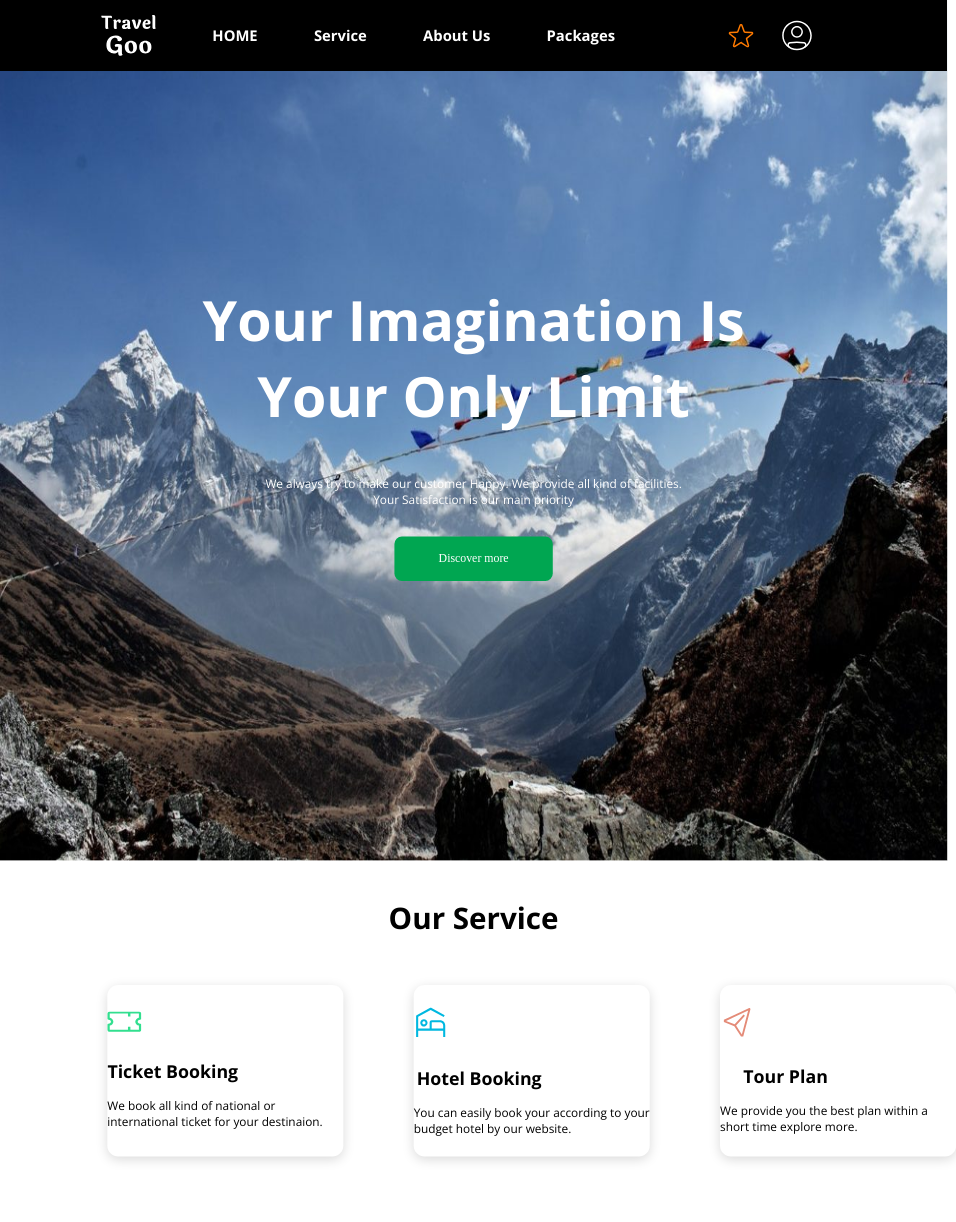
Repository: kubrazamanova/Background-Image
Page: index.html
An editor plug-in stored every save of this project. The page is shown before and after the next save, followed by the edit.
The browser window is 1280 px wide. The page is 1292 px wide, so the pictures cover 1292 px, including what lies to the right of the window. The pictures show the whole page, at 74% of full size.

Above is the page before, as saved 2023-10-17 18:52:35.

After the next save:
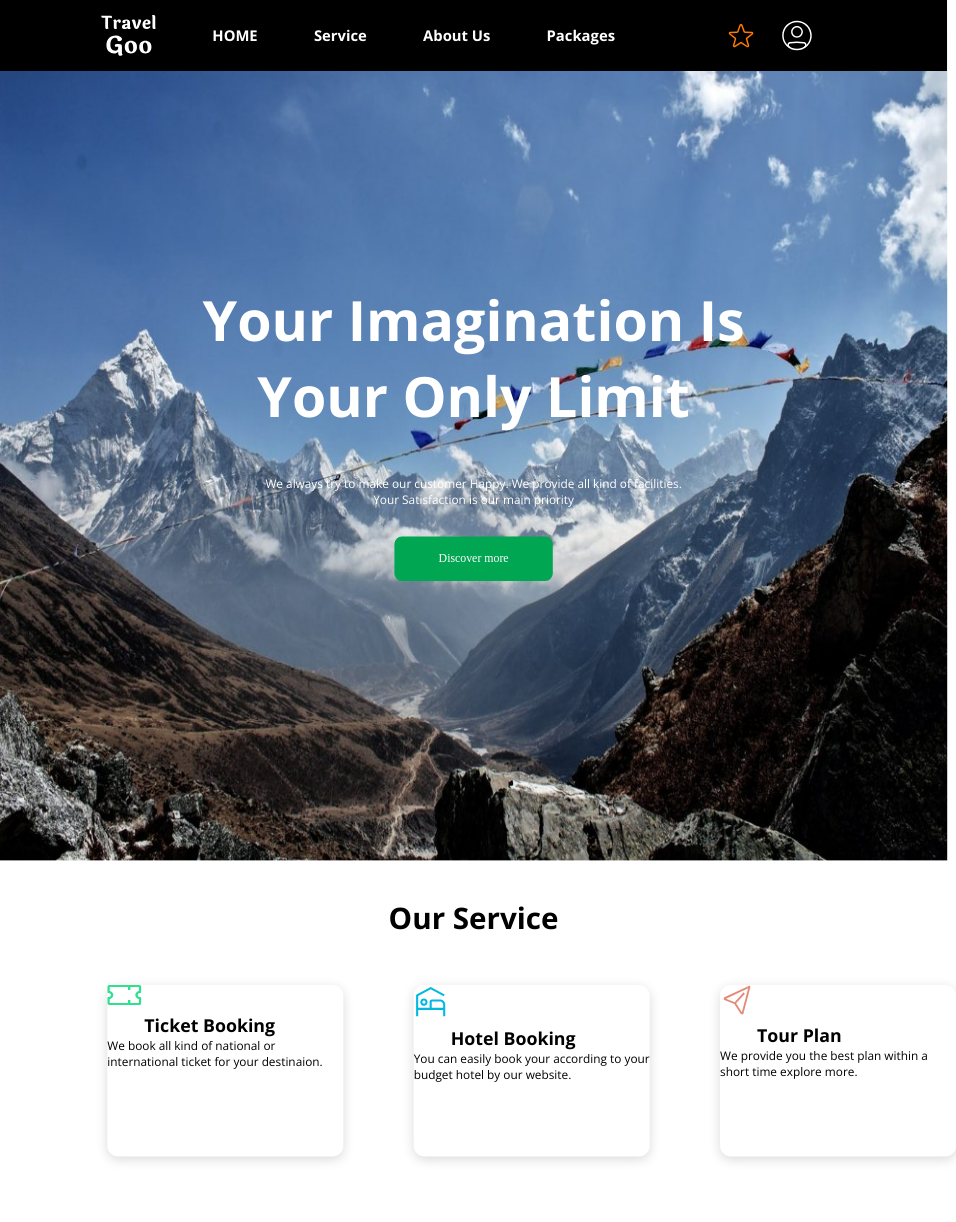
Saved 59 s later.
--- a/index.css
+++ b/index.css
@@ -121,9 +121,9 @@ main {
   border-radius: 15px;
   background: #fff;
   box-shadow: 0px 4px 16px 0px rgba(0, 0, 0, 0.15);
-  display: flex;
-  flex-direction: column;
-  justify-content: center;
+  /* display: flex;
+  flex-direction: column;
+  justify-content: center; */
 }
 
 .our-service-page ul li svg {
